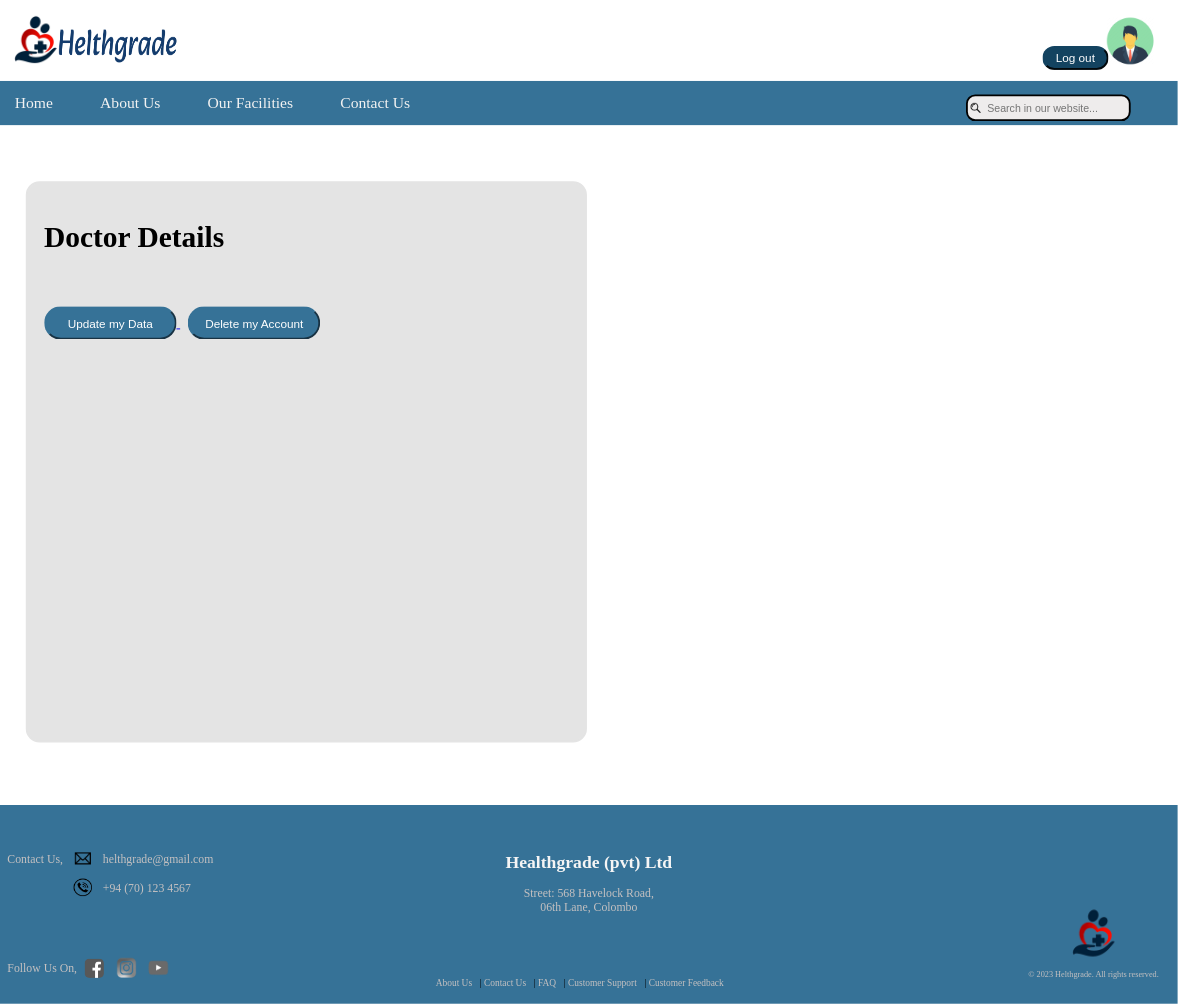
Repository: ILWijewardhana/echannelling-System
Page: http://localhost/echanneling/Doctor.jsp
These files come from the project's save history. The page is drawn as it stood at one moment and after the next save; the edit follows.
The browser window is 1280 px wide. The pictures show the whole page, at 92% of full size.
The page is served by Tomcat 9. The template is opened directly, without the code that normally fills it, so the values that code supplies are empty.

Above is the page before, as saved 2024-05-13 17:23:01.

After the next save:
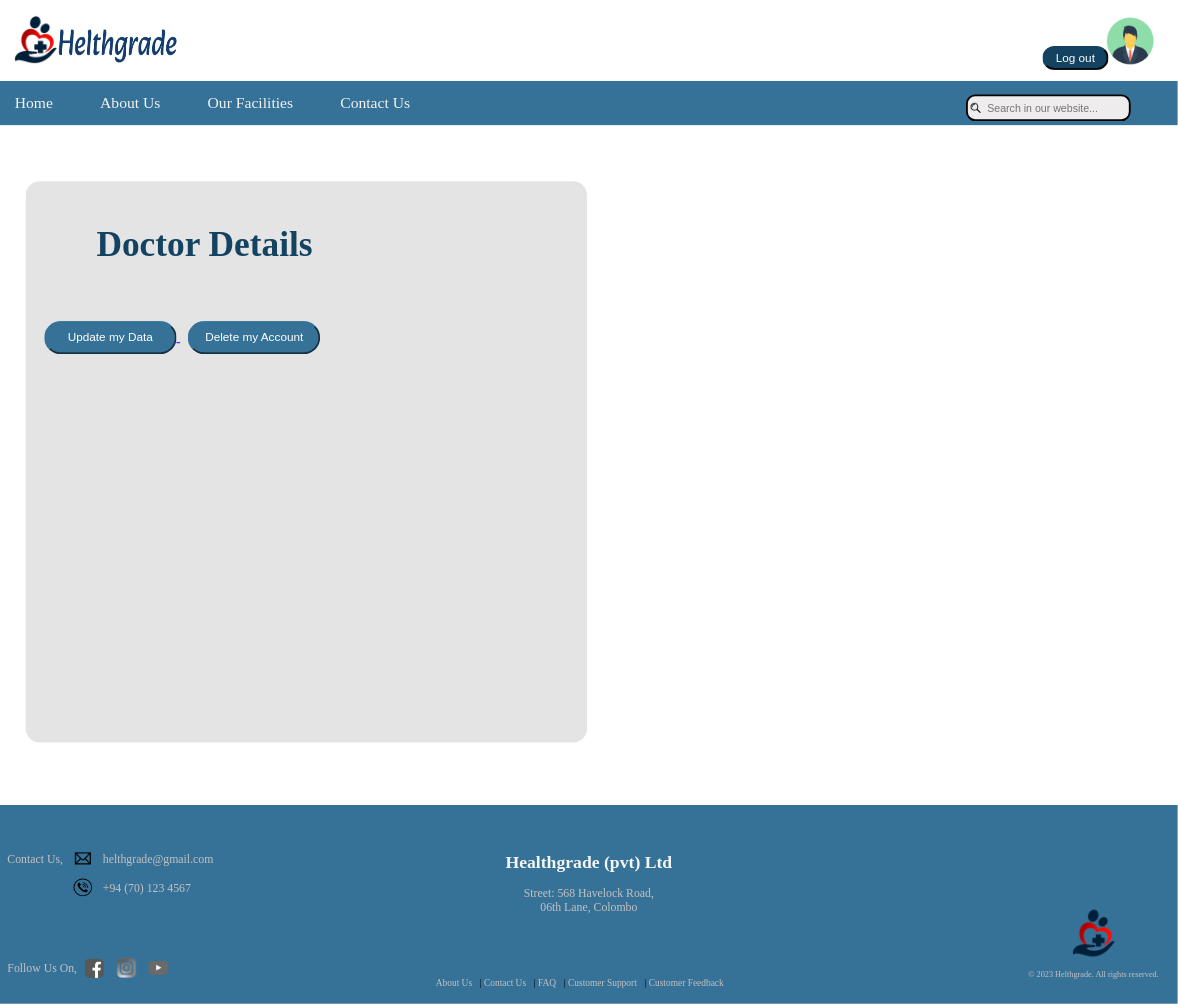
Saved 37 s later.
--- a/echanneling/src/main/webapp/CSS/doctor.css
+++ b/echanneling/src/main/webapp/CSS/doctor.css
@@ -154,13 +154,19 @@ body{
     background-color:#e4e4e4;
     padding: 15px;
   }
-  #dhr h1 {
+  #doc h1 {
     font-size: 3vw;
     margin-left:10%;
     transition: 1s;
     color:#134360;
   }
 
+  #doc hr{
+     height:2px;
+      width:90%;
+     margin-left:0%;
+      background-color: #134360;
+  }
 
 
 
